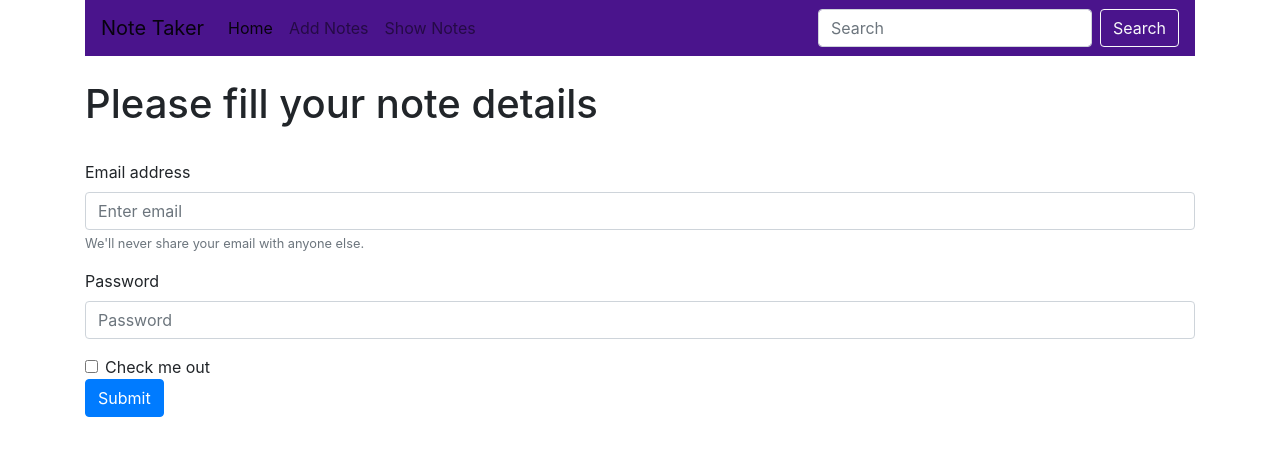
Repository: nayanchy123456/TODO-Project
Page: http://localhost/NoteTaker/add_notes.jsp
The author's editor kept a copy of each file at every save. The page is drawn from the files as they stood at one save, then again after the next save.
The browser window is 1280 px wide. The pictures show the whole page.
Some web libraries are served in a nearby version. The page is served by Tomcat 10. Other server files are loaded and not shown.

Above is the page before, as saved 2024-09-03 10:52:51.

### TODO webApplication/NoteTaker/src/main/webapp/add_notes.jsp
<!doctype html>
<html lang="en">
  <head>
    <!-- Required meta tags -->
    <meta charset="utf-8">
    <meta name="viewport" content="width=device-width, initial-scale=1, shrink-to-fit=no">


    <title>Add Notes</title>
    <%@include file = "all_js_css.jsp" %>
  </head>
  <body>
   <div class = "container">
    	<%@include file = "navbar.jsp" %>

    	<br>
    	<h1>Please fill your note details</h1>
    	<br>

    	<!-- this is add form  -->
    	<form action ="SaveNoteServlet" method = "post">
  <div class="form-group">
    <label for="exampleInputEmail1">Email address</label>
    <input type="email" class="form-control" id="exampleInputEmail1" aria-describedby="emailHelp" placeholder="Enter email">
    <small id="emailHelp" class="form-text text-muted">We'll never share your email with anyone else.</small>
  </div>
  <div class="form-group">
    <label for="exampleInputPassword1">Password</label>
    <input type="password" class="form-control" id="exampleInputPassword1" placeholder="Password">
  </div>
  <div class="form-check">
    <input type="checkbox" class="form-check-input" id="exampleCheck1">
    <label class="form-check-label" for="exampleCheck1">Check me out</label>
  </div>
  <button type="submit" class="btn btn-primary">Submit</button>
</form>

    </div>







  </body>
</html>

### TODO webApplication/NoteTaker/src/main/webapp/all_js_css.jsp
<!-- Bootstrap CSS -->
    <link rel="stylesheet" href="https://cdn.jsdelivr.net/npm/bootstrap@4.0.0/dist/css/bootstrap.min.css" integrity="sha384-Gn5384xqQ1aoWXA+058RXPxPg6fy4IWvTNh0E263XmFcJlSAwiGgFAW/dAiS6JXm" crossorigin="anonymous">

	<link href="css/style.css" rel="stylesheet">



    <!-- Optional JavaScript -->
    <!-- jQuery first, then Popper.js, then Bootstrap JS -->
    <script src="https://code.jquery.com/jquery-3.2.1.slim.min.js" integrity="sha384-KJ3o2DKtIkvYIK3UENzmM7KCkRr/rE9/Qpg6aAZGJwFDMVNA/GpGFF93hXpG5KkN" crossorigin="anonymous"></script>
    <script src="https://cdn.jsdelivr.net/npm/popper.js@1.12.9/dist/umd/popper.min.js" integrity="sha384-ApNbgh9B+Y1QKtv3Rn7W3mgPxhU9K/ScQsAP7hUibX39j7fakFPskvXusvfa0b4Q" crossorigin="anonymous"></script>
    <script src="https://cdn.jsdelivr.net/npm/bootstrap@4.0.0/dist/js/bootstrap.min.js" integrity="sha384-JZR6Spejh4U02d8jOt6vLEHfe/JQGiRRSQQxSfFWpi1MquVdAyjUar5+76PVCmYl" crossorigin="anonymous"></script>

### TODO webApplication/NoteTaker/src/main/webapp/navbar.jsp
<nav class="navbar navbar-expand-lg navbar-light purple">
  <a class="navbar-brand" href="index.jsp">Note Taker</a>
  <button class="navbar-toggler" type="button" data-toggle="collapse" data-target="#navbarSupportedContent" aria-controls="navbarSupportedContent" aria-expanded="false" aria-label="Toggle navigation">
    <span class="navbar-toggler-icon"></span>
  </button>

  <div class="collapse navbar-collapse" id="navbarSupportedContent">
    <ul class="navbar-nav mr-auto">
      <li class="nav-item active">
        <a class="nav-link" href="index.jsp">Home <span class="sr-only">(current)</span></a>
      </li>
      <li class="nav-item">
        <a class="nav-link" href="add_notes.jsp">Add Notes</a>
      </li>

      <li class="nav-item">
        <a class="nav-link " href="#">Show Notes</a>
      </li>
    </ul>
    <form class="form-inline my-2 my-lg-0">
      <input class="form-control mr-sm-2" type="search" placeholder="Search" aria-label="Search">
      <button class="btn btn-outline-light my-2 my-sm-0" type="submit">Search</button>
    </form>
  </div>
</nav>

### TODO webApplication/NoteTaker/src/main/webapp/css/style.css
.purple{

	background: #4A148C;
}

After the next save:
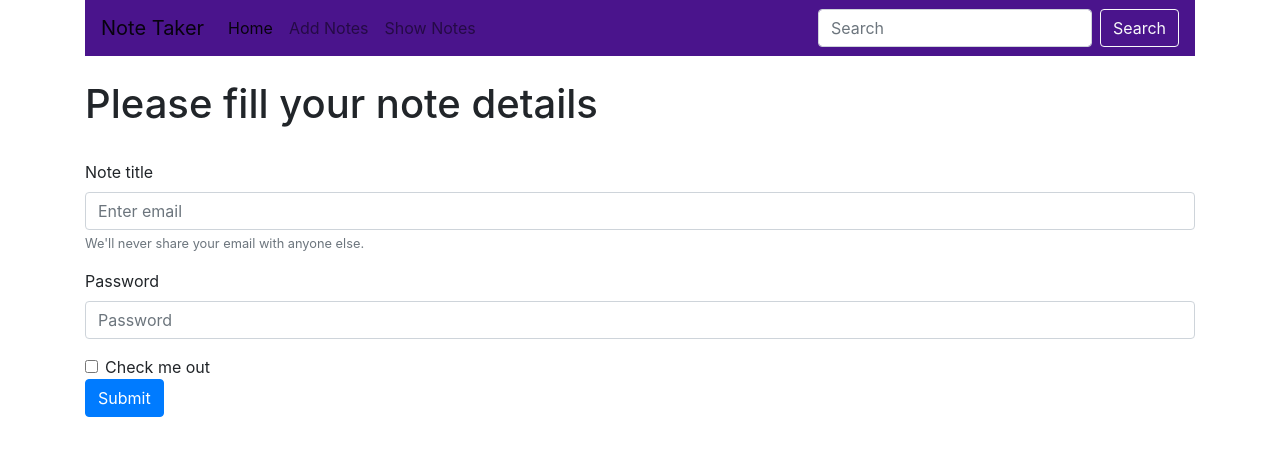
Saved 42 s later.
--- a/TODO webApplication/NoteTaker/src/main/webapp/add_notes.jsp
+++ b/TODO webApplication/NoteTaker/src/main/webapp/add_notes.jsp
@@ -20,7 +20,7 @@
     	<!-- this is add form  -->
     	<form action ="SaveNoteServlet" method = "post">
   <div class="form-group">
-    <label for="exampleInputEmail1">Email address</label>
+    <label for="title">Note title</label>
     <input type="email" class="form-control" id="exampleInputEmail1" aria-describedby="emailHelp" placeholder="Enter email">
     <small id="emailHelp" class="form-text text-muted">We'll never share your email with anyone else.</small>
   </div>
